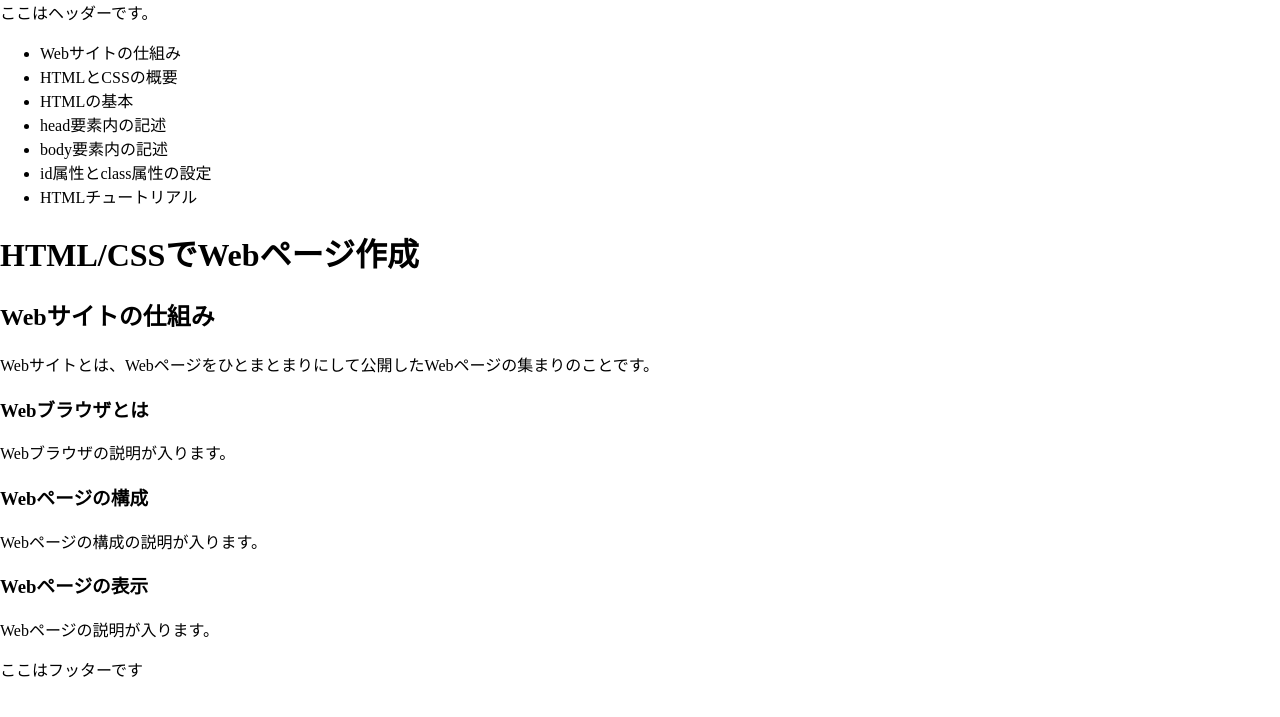
Repository: risayoshinaga/kadai-monolist
Page: kadai-html.html
The author's editor kept a record of every edit. The page is drawn from the files as they stood at one moment, then again after the next edit.
The browser window is 1280 px wide. The pictures show the whole page.

Above is the page before.

### kadai-html.html
<!DOCTYPE html>
<html lang="ja">
    <head>
        <meta charset="utf-8">
        <title>HTML/CSSでWebページ作成</title>
        <link rel="stylesheet" href="kadai.css">
    </head>
    <body>
        <!--ここからヘッダー-->
        <header>
        ここはヘッダーです。
        </header>
        <!--ヘッダーここまで-->
        <!--ここからwrapper-->
        <div id="wrapper" class="clearfix">
            <!--ここからmenu-->
            <nav id="menu">
            <ul>
                <li>Webサイトの仕組み</li>
                <li>HTMLとCSSの概要</li>
                <li>HTMLの基本</li>
                <li>head要素内の記述</li>
                <li>body要素内の記述</li>
                <li>id属性とclass属性の設定</li>
                <li>HTMLチュートリアル</li>
            </ul>
            </nav>
            <!--menuここまで-->
            <!--ここからメイン-->
            <div id="main">
                <h1>HTML/CSSでWebページ作成</h1>
                <h2>Webサイトの仕組み</h2>
                <p>Webサイトとは、Webページをひとまとまりにして公開したWebページの集まりのことです。</p>
                <h3>Webブラウザとは</h3>
                <p>Webブラウザの説明が入ります。</p>
                <h3>Webページの構成</h3>
                <p>Webページの構成の説明が入ります。</p>
                <h3>Webページの表示</h3>
                <p>Webページの説明が入ります。</p>
            </div>
            <!--メインここまで-->
        </div>
        <!--wrapperここまで-->
        <!--ここからフッター-->
        <footer>ここはフッターです
        </footer>
        <!--フッターここまで-->
    </body>
</html>

### kadai.css
@charset "UTF-8";

body {
    margin: 0;
    padding: 0;
    width: 1000px
}
header {
    background:
}



#main {

}

After the next edit:
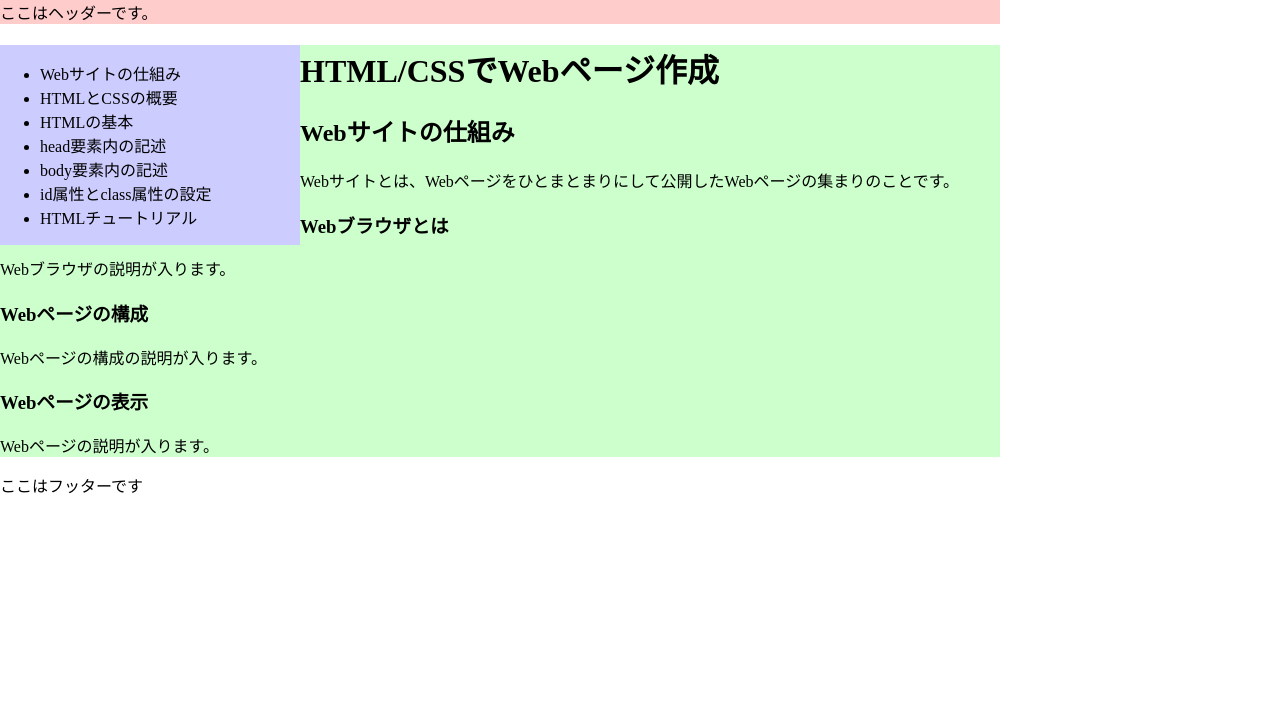
The edit:
--- a/kadai.css
+++ b/kadai.css
@@ -6,11 +6,20 @@
     width: 1000px
 }
 header {
-    background:
+    background: #ffcccc
 }
-
-
-
 #main {
-
+    background: #ccffcc;
+    width: 700px
+    float: left
 }
+#menu {
+    background: #ccccff;
+    width: 300px;
+    float: left
+}
+.clearfix::after {
+    content: '';
+    display: block;
+    clear: both;
+}
